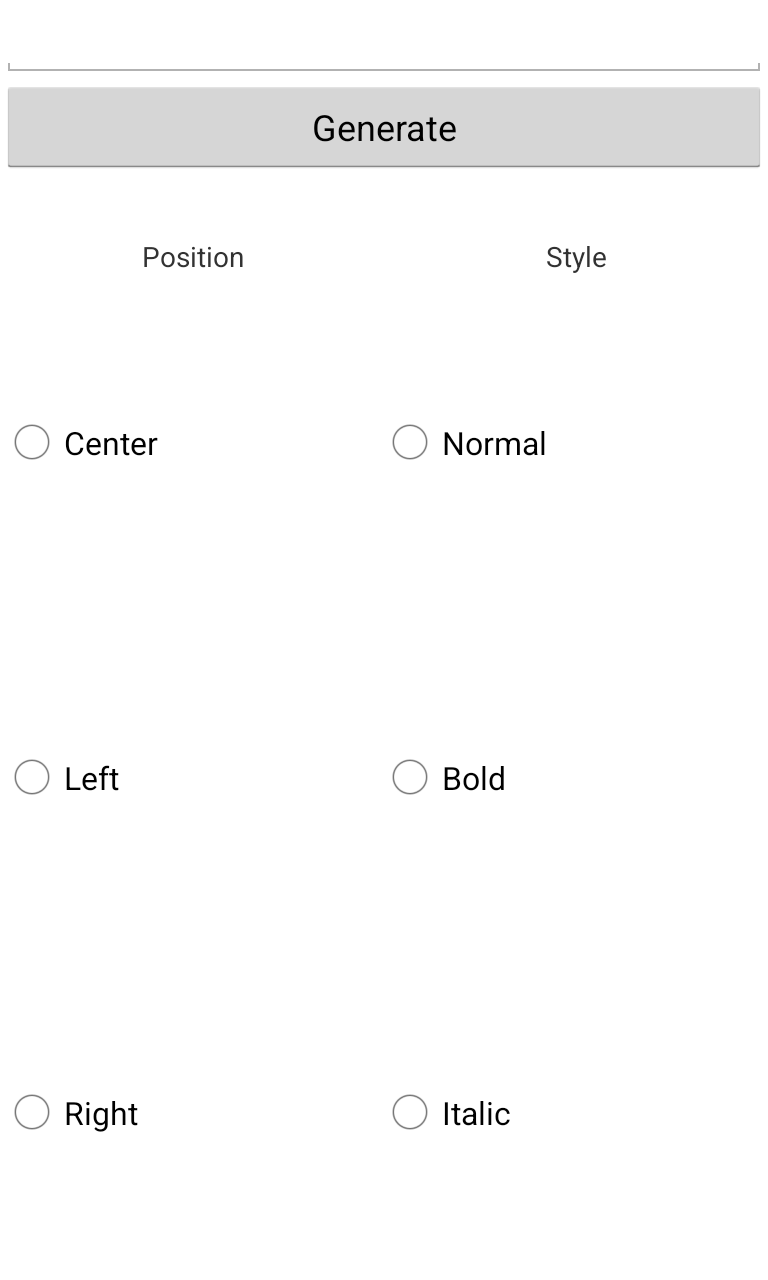
Repository: IgnacioRV/AndroidDev
Layout: ProjectYasuo/res/layout/adv_screen.xml
The author's editor kept a copy of each file at every save. The layout is drawn from the files as they stood at one save, then again after the next save.
It is drawn on a 768 x 1280 px phone screen (xhdpi) without system bars, with theme AppTheme; the app's code is not run.

Above is the layout before, as saved 2016-01-27 10:27:44.

After the next save:
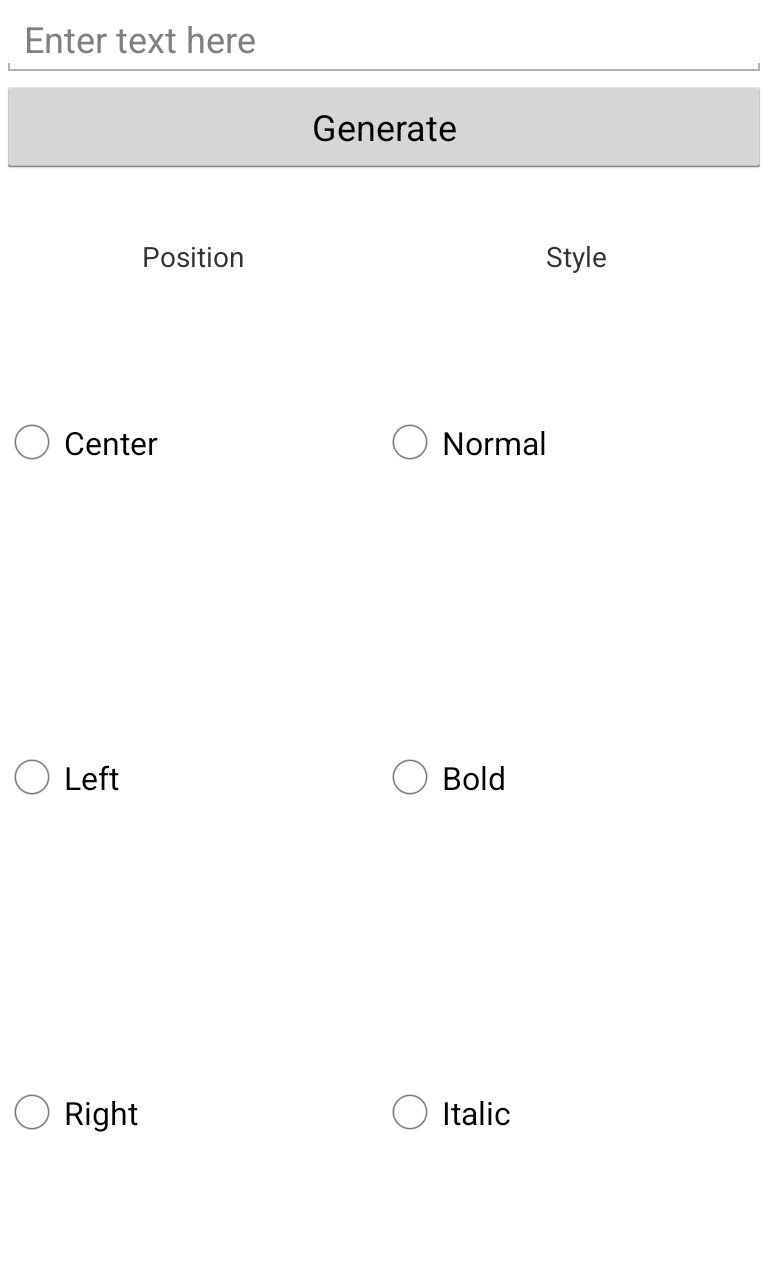
Saved 93 s later.
--- a/ProjectYasuo/res/layout/adv_screen.xml
+++ b/ProjectYasuo/res/layout/adv_screen.xml
@@ -9,7 +9,8 @@
         android:id="@+id/editText1"
         android:layout_width="match_parent"
         android:layout_height="wrap_content"
-        android:text=" " />
+        android:hint="Enter text here"
+        android:text="" />
 
     <Button
         android:id="@+id/bGen"
